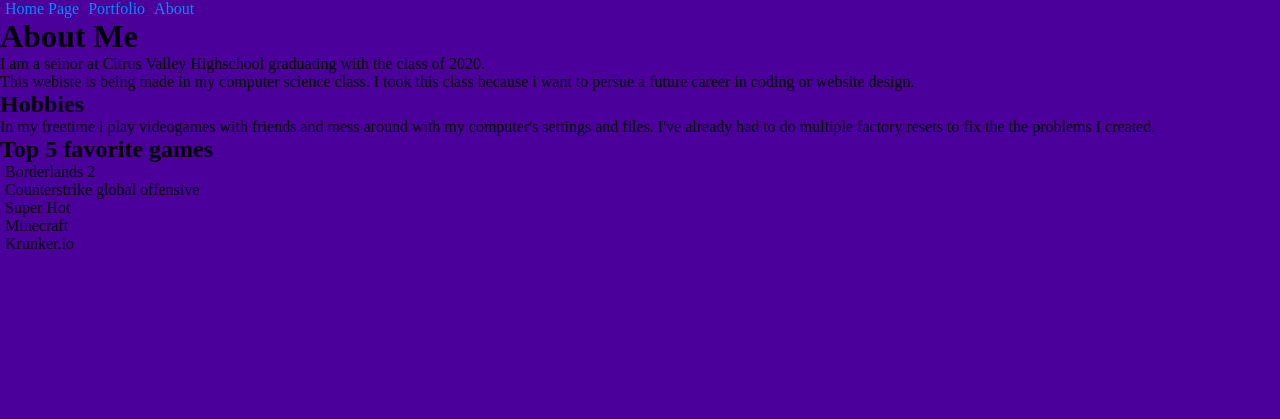
Repository: probably-nick/probably-nick.github.io
Page: about.html
The author's editor kept a record of every edit. The page is drawn from the files as they stood at one moment, then again after the next edit.
The browser window is 1280 px wide. The pictures show the whole page.

Above is the page before.

### about.html
<html>
    <head>
    <title> About Me </title>
        <link rel="stylesheet" href="./styles/style.css"
        </head>



    <body>
        <ul>
        <li><a href="index.html">Home Page</a></li>
        <li><a href="portfolio.html">Portfolio</a></li>
        <li><a href="about.html">About</a></li>
        </ul>

       <h1>About Me</h1>
       <p>I am a seinor at Citrus Valley Highschool graduating with the class of 2020.<br>
       This webiste is being made in my computer science class. I took this class because i want to persue a future career in
       coding or website design.</p>


       <h2>Hobbies</h2>
      <p>In my freetime i play videogames with friends and mess around with my computer's settings and files.
      I've already had to do multiple factory resets to fix the the problems I created.</p>




        <h2>Top 5 favorite games</h2>
        <ol>
           <li>Borderlands 2</li><br>
           <li>Counterstrike global offensive</li><br>
           <li>Super Hot</li><br>
           <li>Minecraft</li><br>
           <li>Krunker.io</li><br>

        </ol>



    </body>

</html>

### styles/style.css
*
{
margin: 0;
padding: 0;
}

header
{
                             background-image: url(./images/BG Background.jpg);
}

body{
    background-color:#4b009c;
    list-style:none;
}

a {
    color:#008bfc;
    text-decoration:none;
}

li {
display: inline;
padding-left: 5px;
}

After the next edit:
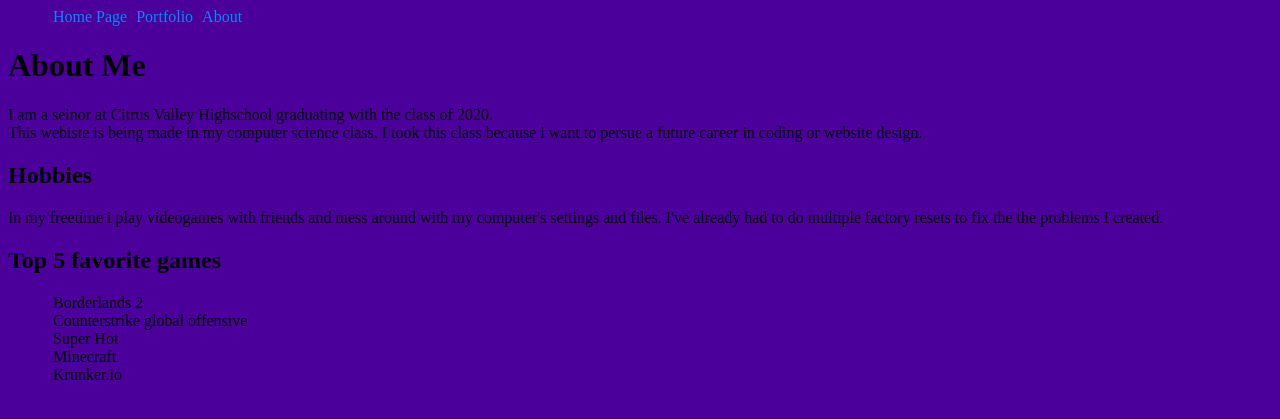
The edit:
--- a/styles/style.css
+++ b/styles/style.css
@@ -1,13 +1,3 @@
-*
-{
-margin: 0;
-padding: 0;
-}
-
-header
-{
-                             background-image: url(./images/BG Background.jpg);
-}
 
 body{
     background-color:#4b009c;
